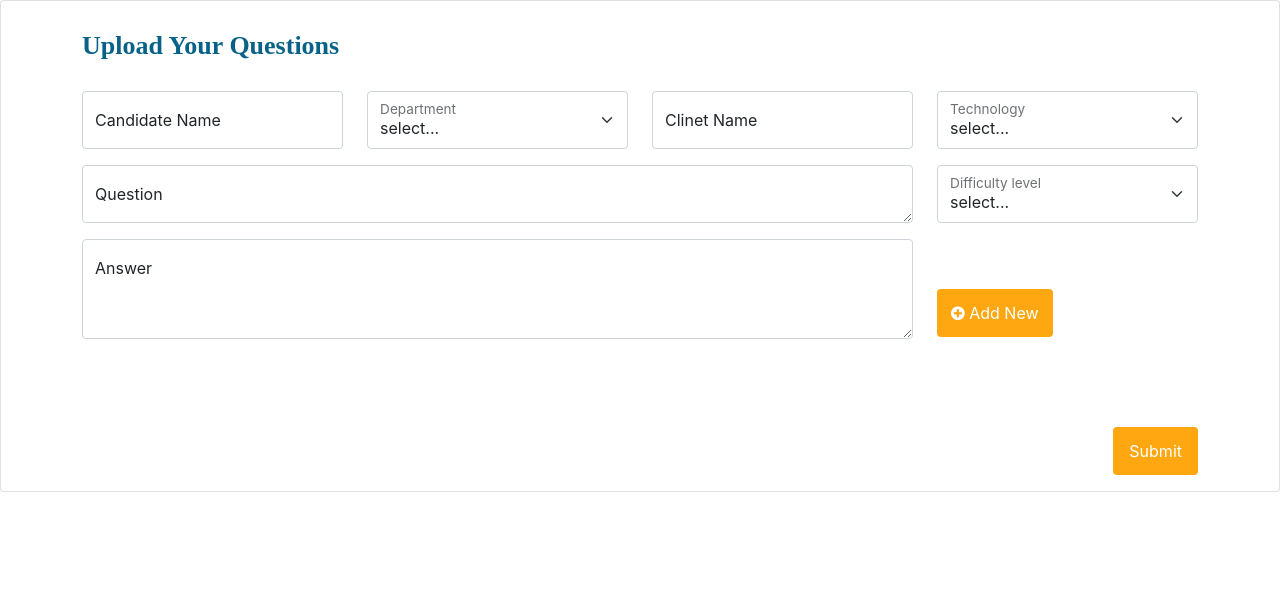
Repository: aajoshi3/casestudy
Page: /
The author's editor kept a copy of each file at every save. The page is drawn from the files as they stood at one save, then again after a run of saves.
The browser window is 1280 px wide. The pictures show the whole page.
The project was rebuilt for these pictures with package versions that can differ from the ones it lists, and the page was loaded fresh each time. Also part of the build but not shown: src/components/CustomNavbar3.js, src/components/SearchView.js.

Above is the page before, as saved 2021-10-10 18:05:11.

### public/index.html
<!DOCTYPE html>
<html lang="en">
  <head>
    <meta charset="utf-8" />
    <link rel="icon" href="%PUBLIC_URL%/favicon.ico" />
    <meta name="viewport" content="width=device-width, initial-scale=1" />
    <meta name="theme-color" content="#000000" />
    <meta
      name="description"
      content="Web site created using create-react-app"
    />
    <link rel="apple-touch-icon" href="%PUBLIC_URL%/logo192.png" />
    <link
    rel="stylesheet"
    href="https://cdn.jsdelivr.net/npm/bootstrap@5.1.1/dist/css/bootstrap.min.css"
    integrity="sha384-F3w7mX95PdgyTmZZMECAngseQB83DfGTowi0iMjiWaeVhAn4FJkqJByhZMI3AhiU"
    crossorigin="anonymous">
    <link rel="stylesheet" href="https://cdnjs.cloudflare.com/ajax/libs/font-awesome/4.7.0/css/font-awesome.min.css">
  <link href="/your-path-to-fontawesome/css/fontawesome.css" rel="stylesheet">
    <link href="/your-path-to-fontawesome/css/brands.css" rel="stylesheet">
    <link href="/your-path-to-fontawesome/css/solid.css" rel="stylesheet">

    <link href="https://cdn.jsdelivr.net/npm/bootstrap@5.0.0-beta3/dist/css/bootstrap.min.css" rel="stylesheet" integrity="sha384-eOJMYsd53ii+scO/bJGFsiCZc+5NDVN2yr8+0RDqr0Ql0h+rP48ckxlpbzKgwra6" crossorigin="anonymous">

    <!--
      manifest.json provides metadata used when your web app is installed on a
      user's mobile device or desktop. See https://developers.google.com/web/fundamentals/web-app-manifest/
    -->
    <link rel="manifest" href="%PUBLIC_URL%/manifest.json" />
    <!--
      Notice the use of %PUBLIC_URL% in the tags above.
      It will be replaced with the URL of the `public` folder during the build.
      Only files inside the `public` folder can be referenced from the HTML.

      Unlike "/favicon.ico" or "favicon.ico", "%PUBLIC_URL%/favicon.ico" will
      work correctly both with client-side routing and a non-root public URL.
      Learn how to configure a non-root public URL by running `npm run build`.
    -->
    <title>React App</title>
  </head>
  <body>
    <noscript>You need to enable JavaScript to run this app.</noscript>
    <div id="root"></div>
    <!--
      This HTML file is a template.
      If you open it directly in the browser, you will see an empty page.

      You can add webfonts, meta tags, or analytics to this file.
      The build step will place the bundled scripts into the <body> tag.

      To begin the development, run `npm start` or `yarn start`.
      To create a production bundle, use `npm run build` or `yarn build`.
    -->
  </body>
</html>

### src/App.js
// import Button from '@restart/ui/esm/Button';
import { Col,  Container,  FloatingLabel, Row } from 'react-bootstrap';
import {Card} from "react-bootstrap"
import './App.css';
import UploadQuestion from './components/UploadQuestion';
import{Form} from "react-bootstrap"
// import CustomNavbar from './components/CustomNavbar';
import CustomNavbar3 from './components/CustomNavbar3';
// import CustomNav2 from './components/CustomNav2';
import CustomNavbar from './components/CustomNavbar'
import routing from './router';
import { BrowserRouter } from 'react-router-dom';

function App() {
  return (

    <div className="App">

<Card>
{/* <CustomNav2 /> */}
{/* <CustomNavbar3 /> */}
  <Card.Body>

<Container>
<UploadQuestion />
<Row xs={1} sm={2} md={4} lg={4}>

<Col  ><FloatingLabel  controlId="floatingInput"  label="Candidate Name"  className="mb-3"  size ="md"  id=''>
<Form.Control type="text" placeholder=" hi" />
  </FloatingLabel></Col>

    <Col><FloatingLabel controlId="floatingSelect" label="Department" className="mb-3">
  <Form.Select aria-label="Floating label select example">
    <option>select... </option>
    <option value="1">HR</option>
    <option value="2">IT</option>
    <option value="3">ACCOUNTS</option>
  </Form.Select>
</FloatingLabel></Col>

<Col  ><FloatingLabel  controlId="floatingInput"  label="Clinet Name"  className="mb-3"  size ="md"  id=''>
<Form.Control type="text" placeholder=" hi" />
  </FloatingLabel></Col>

    <Col>

    <FloatingLabel controlId="floatingSelect" label="Technology" className="mb-3">
  <Form.Select aria-label="Floating label select example">
    <option> select...</option>
    <option value="1">React.js</option>
    <option value="2">vue.js</option>
    <option value="3">Angular</option>
    <option value="3">Python</option>
    <option value="3">next.js</option>


  </Form.Select>
</FloatingLabel></Col>
  </Row>
</Container>
<Container >
  <Row  >
  <Col lg={9}     >
  <FloatingLabel    controlId="floatingTextarea" label="Question" className="mb-3">
    <Form.Control as="textarea" placeholder="x" />
  </FloatingLabel>
  </Col>


  <Col lg={3}  md={{ order: 'first' }}  xs={{order: 'first'}} lg={{order:'last'}}   >

  <FloatingLabel controlId="floatingSelect" label="Difficulty level" className="mb-3">
  <Form.Select aria-label="Floating label select example">
    <option> select...</option>
    <option value="1">Easy</option>
    <option value="2">Intermediate</option>
    <option value="3">Expert</option>
  </Form.Select>
</FloatingLabel>
  </Col>
  </Row>

</Container>

<Container   style={{ width: 'white' }}      >
<Row>
      <Col lg={9} >
      <FloatingLabel className="mb-3 " controlId="floatingTextarea2" label="Answer">
    <Form.Control
      as="textarea"
      placeholder=" x"
      style={{ height: '100px' }}
    />
  </FloatingLabel>
   </Col>
   <Col lg={3}     >
   {/* <Button variant="warning"  style={{ color: 'white' }} ><i class="fas fa-plus-circle"></i> Add New </Button> */}
   <button className="btn"    id="button1" ><i className="fa fa-plus-circle"></i> Add New</button>
   </Col>
    </Row>
</Container>

<br/>
<br/>
<br/>


    <Container>
    <button   className="btn1"   style={{ color: 'white' }}  > Submit </button>
    </Container>
      </Card.Body>
      </Card>
    </div>

  );
}

export default App;

### src/App.css
p{
  text-align: left;
font: normal normal bold 40px/58px Sitka Banner;
letter-spacing: 0px;
color: #086288;
font-size: 26px;
}

input::placeholder{
  color:#086288 ;
}
.mb-3:focus + .form-label {
  color: red;
}

 Container{
  color:#086288 ;

 }
 .btn {
  background-color: rgb(254, 167, 16); /* Blue background */
  border: none; /* Remove borders */
  color: white; /* White text */
  padding: 12px 14px; /* Some padding */
  font-size: 16px; /* Set a font size */
  cursor: pointer; /* Mouse pointer on hover */
  /* margin-top: 50px; */
}

#button1{
  margin-top: 50px;
}
/* Darker background on mouse-over */
.btn:hover {
  background-color: rgb(225, 193, 65);
  color: white; /* White text */

}
.btn1{
  float: right;
  background-color: rgb(254, 167, 16); /* Blue background */
  border: none; /* Remove borders */
  color: white; /* White text */
  padding: 12px 16px; /* Some padding */
  font-size: 16px; /* Set a font size */
  border-radius: 4px;
}
.FloatingLabel:focus::-webkit-input-label {
  color: red;
}
.form-control:focus {
  border-color: #086288;
  box-shadow: 0px 1px 1px rgba(0, 0, 0, 0.075) inset;
}
.form-select:focus{
  border-color: #086288c4;
  box-shadow: 0px 1px 1px rgba(0, 0, 0, 0.075) inset;
}

@media only screen and (max-width: 1000px) {
  .btn {
    float: right;
    margin:0 px;
  }
  #button1{
    margin-top: 0px;
  }
}

#Floating-label1{
  width: 150px;
}
#Floating-label2{
  width: 150px;
  height: auto;
}

@media only screen and (max-width: 1000px) {
  #Floating-label1{
    width: 100%;
  }
  }
  @media only screen and (max-width: 1000px) {
    #Floating-label2{
      width: 100%;
    }
    }

    #date1{
      width: 165px;
      padding: 12px;
    }
    @media only screen and (max-width: 1000px) {
      #date1{
        width: 100%;
      }
      }


      #searchWidth{
  height: auto;
      padding: 16px;
      }

@media only screen and (max-width: 1000px) {
  #searchWidth{
  height: auto;
    width: 100%;
  }
      }
      #button5{
        color: white;
        background-color:#ffa408;
        border: 1px solid #FFC008 ;
        border-radius: 4px;
        padding:0 10px ;
      }

### src/components/UploadQuestion.js
import React from 'react'
// import { Form } from 'react-bootstrap'
// import FloatingLabel from "react-bootstrap-floating-label";
// import Dropdown from 'react-dropdown';
// import { DropdownButton } from 'react-bootstrap';
// import {DropdownToggle} from '@restart/ui/esm/DropdownToggle';
// import {DropdownItem} from '@restart/ui/esm/DropdownItem';
// import 'react-dropdown/style.css';
// import{Container,Row,Col} from "react-bootstrap"



function UploadQuestion() {

          return (
                    <div>
                              <p>Upload Your Questions</p>

                    </div>
          )
}

export default UploadQuestion

### src/components/CustomNavbar.js

import React from 'react'
import { Button,  Container,  FloatingLabel,  Form, FormControl,  Nav, Navbar} from 'react-bootstrap'
import { withRouter } from 'react-router-dom';
// import logo from "./TeLogo"


function CustomNavbar(props) {



    const navigateToHome=()=>{
      console.log(props);
      props.history.push('/')
    }

    const navigateToSearch=()=>{
      console.log(props);
      props.history.push('/Search')
    }
  return (
    <div>

      <div>

      </div>

  <Navbar bg="light" expand="lg"   >
  <Container fluid>
    <Navbar.Brand href="">

      <div><img src={require('../image/logo2.jpg').default}   style={{width:"170px"}} onClick={navigateToHome}  alt="Loading" /></div>

    </Navbar.Brand>

    <Navbar.Toggle aria-controls="navbarScroll" />
    <Navbar.Collapse id="navbarScroll"  >
      <Nav
        className="me-auto my-2 my-lg-0"

        navbarScroll
      >


<FloatingLabel    id="Floating-label1"      className="  me-4  mb-2  form-group  lg"  controlId="floatingSelect" label="Technology" >
  <Form.Select     className="form-control" aria-label="Floating label select example"   >
    <option> select...</option>
    <option value="1">React.js</option>
    <option value="2">vue.js</option>
    <option value="3">Angular</option>
    <option value="3">Python</option>
    <option value="3">next.js</option>
  </Form.Select>
</FloatingLabel>


<FloatingLabel  id="Floating-label2"  className=" me-4  mb-2  form-group  lg" controlId="floatingSelect" label="Department" >
  <Form.Select  className="form-control" aria-label="Floating label select example">
    <option>select... </option>
    <option value="1">HR</option>
    <option value="2">IT</option>
    <option value="3">ACCOUNTS</option>
  </Form.Select>
</FloatingLabel>

      <Form className="d-flex"  >
        <FormControl  id="date1" label="From date"
          type="date"
          placeholder="From Date"
          className="me-2 mb-2"
          aria-label="Search"
          />
      </Form>

      <Form className="d-flex  form-group">
        <FormControl id="date1"
          type="date"
          placeholder="To Date "
          className="me-2 mb-2"
          aria-label="Search"
          />

      </Form     >
      <Form className="d-flex "  >
        <FormControl className="form-group"
          type="search"
          placeholder="Search"
          className="me-2 mb-2"
          aria-label="Search"
          />
        <Button variant="warning" onClick={navigateToSearch}>Search</Button>
      </Form>
          </Nav>
    </Navbar.Collapse>
  </Container>
</Navbar>
    </div>
  )
}

export default withRouter(CustomNavbar)
// export default CustomNavbar

### src/router.js
import { BrowserRouter, Route} from "react-router-dom";
import UploadQuestion from './components/UploadQuestion'
import SearchView from "./components/SearchView";
const routing=(

  <div>
    {/* <Route exact path='/' component={UploadQuestion}/> */}
    <Route exact path='/Search' component={SearchView}/>
    </div>

)
export default routing

### src/components/CustomNavbarRouting.js
import React from 'react'
import { BrowserRouter } from 'react-router-dom'
import routing from '../router'
import CustomNavbar from './CustomNavbar'

const CustomNavbarRouting = () => {
    return (
        <BrowserRouter>

        <div>
        <CustomNavbar />
        {routing}

        </div>
        </BrowserRouter>
    )
}

export default CustomNavbarRouting

Loaded but not shown: src/index.js (common file); src/index.css (common file); src/reportWebVitals.js (common file)

After the next 2 saves:
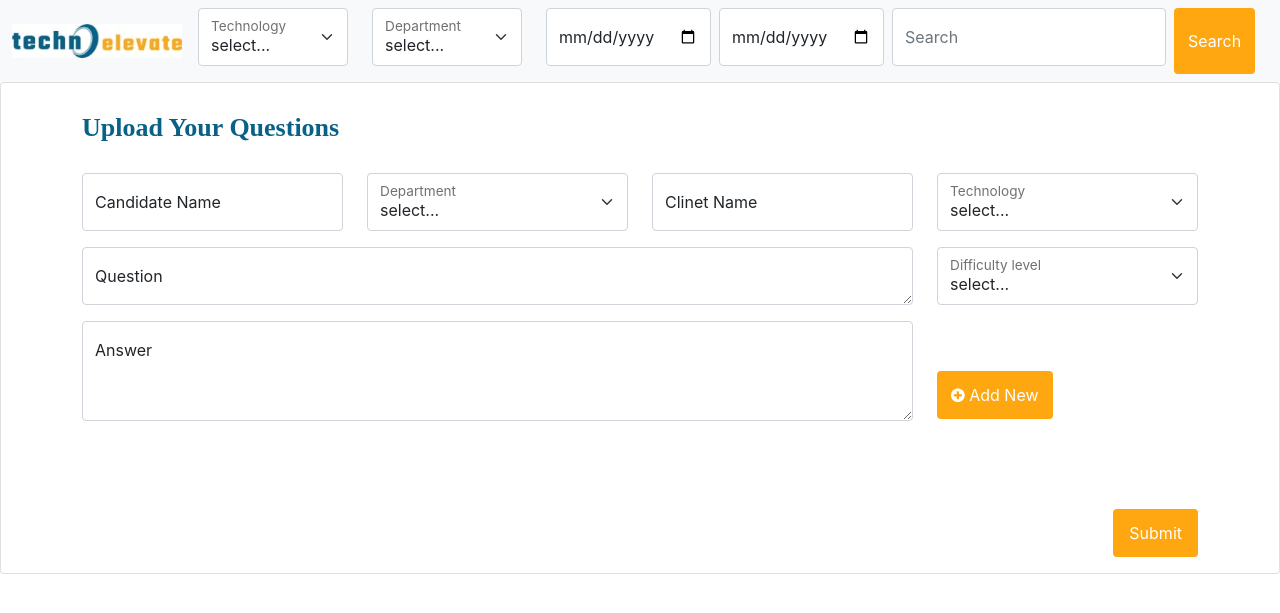
The 2 saves are shown as one change because 1 did not build or start.
The last was saved 43 s later.
--- a/src/App.js
+++ b/src/App.js
@@ -10,12 +10,13 @@ import CustomNavbar3 from './components/CustomNavbar3';
 import CustomNavbar from './components/CustomNavbar'
 import routing from './router';
 import { BrowserRouter } from 'react-router-dom';
+import CustomNavbarRouting from './components/CustomNavbarRouting';
 
 function App() {
   return (
 
     <div className="App">
-
+<CustomNavbarRouting/>
 <Card>
 {/* <CustomNav2 /> */}
 {/* <CustomNavbar3 /> */}
